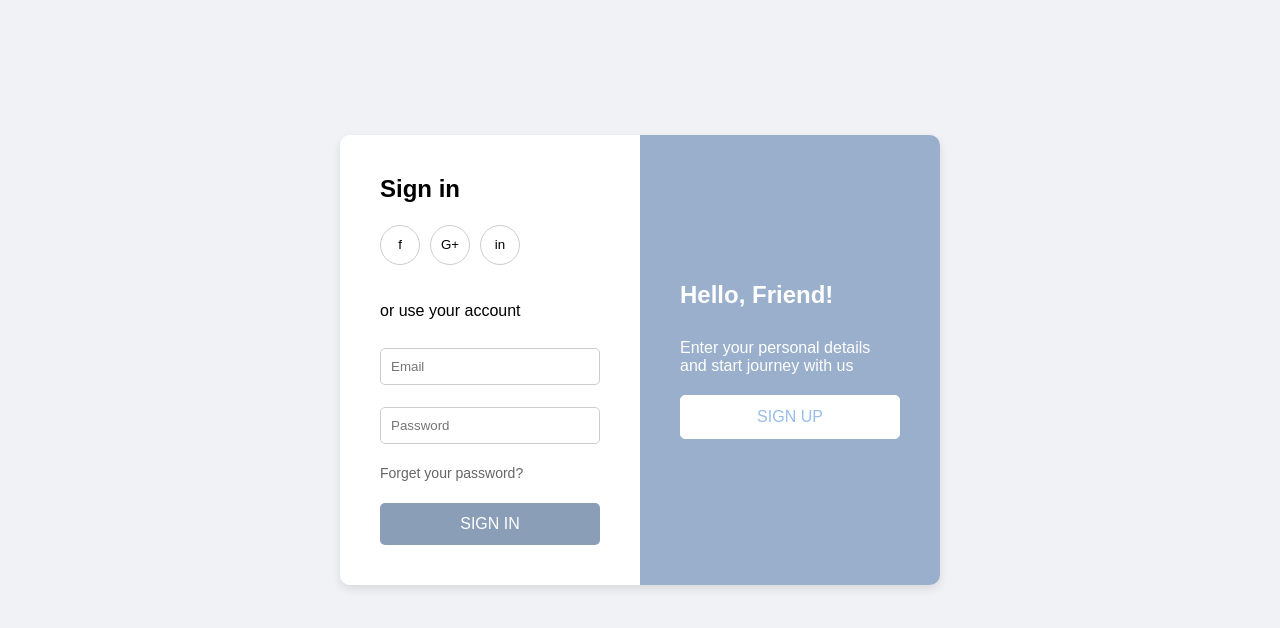
Repository: lavanya787/ml_system
Page: http://localhost/
These files come from the project's save history. The page is drawn as it stood at one moment and after the next save; the edit follows.
The browser window is 1280 px wide. The pictures show the whole page.
The page is served by the project's application, run on Flask 3 (flask_app.py).

Above is the page before, as saved 2025-06-03 16:02:08.

### templates/index.html
<!DOCTYPE html>
<html lang="en">
<head>
    <meta charset="UTF-8">
    <meta name="viewport" content="width=device-width, initial-scale=1.0">
    <title>🤖Chatbot</title>
    <link rel="stylesheet" href="{{ url_for('static', filename='style.css') }}">
</head>
<body>
    <!-- Notification div -->
    <div id="notification" class="notification" style="display: none;">
        <span id="notification-message"></span>
    </div>

    <div class="container" id="login-container">
        <div class="form-section">
            <h2>Sign in</h2>
            <div class="social-buttons">
                <button>f</button>
                <button>G+</button>
                <button>in</button>
            </div>
            <p>or use your account</p>
            <input type="email" id="login-email" placeholder="Email" required>
            <input type="password" id="login-password" placeholder="Password" required>
            <a href="#" class="forgot-password">Forget your password?</a>
            <button class="action-button" onclick="handleLogin()">SIGN IN</button>
        </div>
        <div class="welcome-section" id="signup-section">
            <h2>Hello, Friend!</h2>
            <p>Enter your personal details and start journey with us</p>
            <button class="action-button" onclick="showRegister()">SIGN UP</button>
        </div>
    </div>

    <div class="container" id="register-container" style="display: none;">
        <div class="welcome-section">
            <h2>Welcome Back!</h2>
            <p>To keep connected with us please login with your personal info</p>
            <button class="action-button" onclick="showLogin()">SIGN IN</button>
        </div>
        <div class="form-section">
            <h2>Create Account</h2>
            <div class="social-buttons">
                <button>f</button>
                <button>G+</button>
                <button>in</button>
            </div>
            <p>or use your email for registration</p>
            <input type="text" id="register-username" placeholder="Name" required>
            <input type="email" id="register-email" placeholder="Email" required>
            <input type="password" id="register-password" placeholder="Password" required>
            <button class="action-button" onclick="handleRegister()">SIGN UP</button>
        </div>
    </div>

    <script src="{{ url_for('static', filename='script.js') }}"></script>
</body>
</html>

### flask_app.py
from flask import Flask, request, jsonify, render_template, redirect, url_for
from flask_cors import CORS
from supabase import create_client, Client
import bcrypt
import uuid
from datetime import datetime
import re

app = Flask(__name__)
CORS(app)

# Supabase setup
SUPABASE_URL = "https://uctyxchurvievzvhthru.supabase.co"
SUPABASE_KEY = "eyJhbGciOiJIUzI1NiIsInR5cCI6IkpXVCJ9.eyJpc3MiOiJzdXBhYmFzZSIsInJlZiI6InVjdHl4Y2h1cnZpZXZ6dmh0aHJ1Iiwicm9sZSI6ImFub24iLCJpYXQiOjE3NDU0ODk0MDIsImV4cCI6MjA2MTA2NTQwMn0.YytXX-q4QDO_vY9f1e_P-UWc6v6860kcsbe_bTZVgCI"
supabase: Client = create_client(SUPABASE_URL, SUPABASE_KEY)

# Function to validate UUID
def is_valid_uuid(val):
    uuid_pattern = re.compile(
        r'^[0-9a-fA-F]{8}-[0-9a-fA-F]{4}-[0-9a-fA-F]{4}-[0-9a-fA-F]{4}-[0-9a-fA-F]{12}$'
    )
    return bool(uuid_pattern.match(val))

# Serve the main page
@app.route('/')
def index():
    return render_template('index.html')

@app.route('/api/register', methods=['POST'])
def register():
    data = request.get_json()
    username = data.get('username')
    email = data.get('email')
    password = data.get('password')

    # Check if user already exists
    user = supabase.table('users').select('*').eq('email', email).execute()
    print(f"Checking if user exists with email {email}: {user.data}")  # Debug log
    if user.data:
        return jsonify({'message': 'User already exists'}), 400

    # Hash password
    hashed_password = bcrypt.hashpw(password.encode('utf-8'), bcrypt.gensalt()).decode('utf-8')

    # Generate unique user ID
    user_id = str(uuid.uuid4())
    print(f"Generated user_id for registration: {user_id}")  # Debug log
    if not is_valid_uuid(user_id):
        print(f"ERROR: Generated user_id is not a valid UUID: {user_id}")
        return jsonify({'message': 'Internal server error: Invalid user_id generated'}), 500

    # Store user in Supabase
    registration_time = datetime.utcnow().isoformat()
    new_user = {
        'user_id': user_id,
        'username': username,
        'email': email,
        'password': hashed_password,
        'registration_time': registration_time
    }
    print(f"Storing user in Supabase: {new_user}")  # Debug log
    try:
        supabase.table('users').insert(new_user).execute()
    except Exception as e:
        print(f"Error inserting user into Supabase: {e}")
        return jsonify({'message': 'Error storing user in database'}), 500

    # Redirect to Streamlit app with user_id as a query parameter
    streamlit_url = f"http://localhost:8501/?user_id={user_id}"
    print(f"Redirecting to Streamlit app after registration: {streamlit_url}")  # Debug log
    return jsonify({'message': 'Registration successful', 'redirect': streamlit_url}), 200

@app.route('/api/login', methods=['POST'])
def login():
    data = request.get_json()
    email = data.get('email')
    password = data.get('password')

    # Fetch user from Supabase
    user = supabase.table('users').select('*').eq('email', email).execute()
    print(f"Supabase response for user lookup: {user.data}")  # Debug log
    if not user.data:
        return jsonify({'message': 'User not found'}), 404

    user_data = user.data[0]
    # Verify password
    if not bcrypt.checkpw(password.encode('utf-8'), user_data['password'].encode('utf-8')):
        return jsonify({'message': 'Incorrect password'}), 401

    # Update last login time
    login_time = datetime.utcnow().isoformat()
    try:
        supabase.table('users').update({'last_login': login_time}).eq('email', email).execute()
    except Exception as e:
        print(f"Error updating last login time in Supabase: {e}")
        return jsonify({'message': 'Error updating login time'}), 500

    # Redirect to Streamlit app with user_id as a query parameter
    user_id = user_data['user_id']
    print(f"Retrieved user_id for login: {user_id}")  # Debug log
    if not is_valid_uuid(user_id):
        print(f"ERROR: Retrieved user_id is not a valid UUID: {user_id}")
        return jsonify({'message': 'Internal server error: Invalid user_id retrieved'}), 500

    streamlit_url = f"http://localhost:8501/?user_id={user_id}"
    print(f"Redirecting to Streamlit app after login: {streamlit_url}")  # Debug log
    return jsonify({'message': 'Login successful', 'redirect': streamlit_url}), 200

if __name__ == '__main__':
    app.run(host='0.0.0.0', port=5000, debug=True)

### static/style.css
body {
    font-family: Arial, sans-serif;
    display: flex;
    justify-content: center;
    align-items: center;
    height: 100vh;
    margin: 0;
    background-color: #f0f2f5; /* Subtle gray */
    position: relative;
}

/* Notification styling */
.notification {
    position: fixed;
    top: 20px;
    left: 50%;
    transform: translateX(-50%);
    background: linear-gradient(to right, #8da0b9, #56CCF2); /* Blue gradient */
    color: white;
    padding: 15px 30px;
    border-radius: 10px;
    box-shadow: 0 4px 10px rgba(0, 0, 0, 0.2);
    display: flex;
    align-items: center;
    font-size: 16px;
    z-index: 1000;
}

.notification::before {
    content: "✔";
    margin-right: 10px;
    font-size: 20px;
}

.container {
    display: flex;
    width: 600px;
    height: 450px;
    background: white;
    border-radius: 10px;
    box-shadow: 0 4px 10px rgba(0, 0, 0, 0.1);
    overflow: hidden;
}

.form-section, .welcome-section {
    width: 50%;
    padding: 40px;
    box-sizing: border-box;
}

.form-section {
    background: white;
    display: flex;
    flex-direction: column;
    justify-content: space-between;
}

.welcome-section {
    background: #99afcb; /* Professional Blue */
    color: white;
    display: flex;
    flex-direction: column;
    justify-content: center;
}

h2 {
    margin: 0 0 20px;
    font-size: 24px;
}

.social-buttons {
    display: flex;
    gap: 10px;
    margin-bottom: 20px;
}

.social-buttons button {
    width: 40px;
    height: 40px;
    border-radius: 50%;
    border: 1px solid #ccc;
    background: white;
    cursor: pointer;
}

input {
    width: 100%;
    padding: 10px;
    margin: 10px 0;
    border: 1px solid #ccc;
    border-radius: 5px;
    box-sizing: border-box;
}

.forgot-password {
    display: block;
    margin: 10px 0;
    color: #666;
    text-decoration: none;
    font-size: 14px;
}

.action-button {
    width: 100%;
    padding: 12px;
    border: none;
    border-radius: 5px;
    background: #8b9eb7; /* Button Blue */
    color: white;
    font-size: 16px;
    cursor: pointer;
    margin-top: 10px;
}

.welcome-section button {
    background: white;
    color: #98bcea;
    border: 1px solid #fff;
    padding: 12px;
    font-size: 16px;
    border-radius: 5px;
    cursor: pointer;
    transition: background 0.3s, color 0.3s;
}

.welcome-section button:hover {
    background: #f0f2f5;
    color: #8aa3c4;
}

.welcome-section p {
    margin: 10px 0;
}

### static/script.js
function showRegister() {
    document.getElementById('login-container').style.display = 'none';
    document.getElementById('register-container').style.display = 'flex';
}

function showLogin() {
    document.getElementById('register-container').style.display = 'none';
    document.getElementById('login-container').style.display = 'flex';
}

// Function to show notification
function showNotification(message, callback) {
    const notification = document.getElementById('notification');
    const notificationMessage = document.getElementById('notification-message');
    notificationMessage.textContent = message;
    notification.style.display = 'flex';
    // Hide after 2 seconds and call the callback
    setTimeout(() => {
        notification.style.display = 'none';
        if (callback) callback(); // Execute callback after notification hides
    }, 2000);
}

async function handleRegister() {
    const username = document.getElementById('register-username').value;
    const email = document.getElementById('register-email').value;
    const password = document.getElementById('register-password').value;

    try {
        const response = await fetch('/api/register', {
            method: 'POST',
            headers: { 'Content-Type': 'application/json' },
            body: JSON.stringify({ username, email, password })
        });
        const result = await response.json();

        if (response.ok) {
            console.log('Registration successful, redirect URL:', result.redirect); // Debug log
            showNotification('Welcome! Your registration was successful. Let\'s get started.', () => {
                console.log('Redirecting to:', result.redirect); // Debug log
                window.location.href = result.redirect;  // Redirect to Streamlit app
            });
        } else {
            console.error('Registration failed:', result.message); // Debug log
            showNotification(result.message); // Show error message (e.g., "User already exists")
        }
    } catch (error) {
        console.error('Error during registration:', error); // Debug log
        showNotification('Error during registration');
    }
}

async function handleLogin() {
    const email = document.getElementById('login-email').value;
    const password = document.getElementById('login-password').value;

    try {
        const response = await fetch('/api/login', {
            method: 'POST',
            headers: { 'Content-Type': 'application/json' },
            body: JSON.stringify({ email, password })
        });
        const result = await response.json();

        if (response.ok) {
            console.log('Login successful, redirect URL:', result.redirect); // Debug log
            showNotification('Welcome! You have successfully logged in.', () => {
                console.log('Redirecting to:', result.redirect); // Debug log
                window.location.href = result.redirect;  // Redirect to Streamlit app
            });
        } else {
            console.error('Login failed:', result.message); // Debug log
            showNotification(result.message); // Show error message (e.g., "Incorrect password")
        }
    } catch (error) {
        console.error('Error during login:', error); // Debug log
        showNotification('Error during login');
    }
}

After the next save:
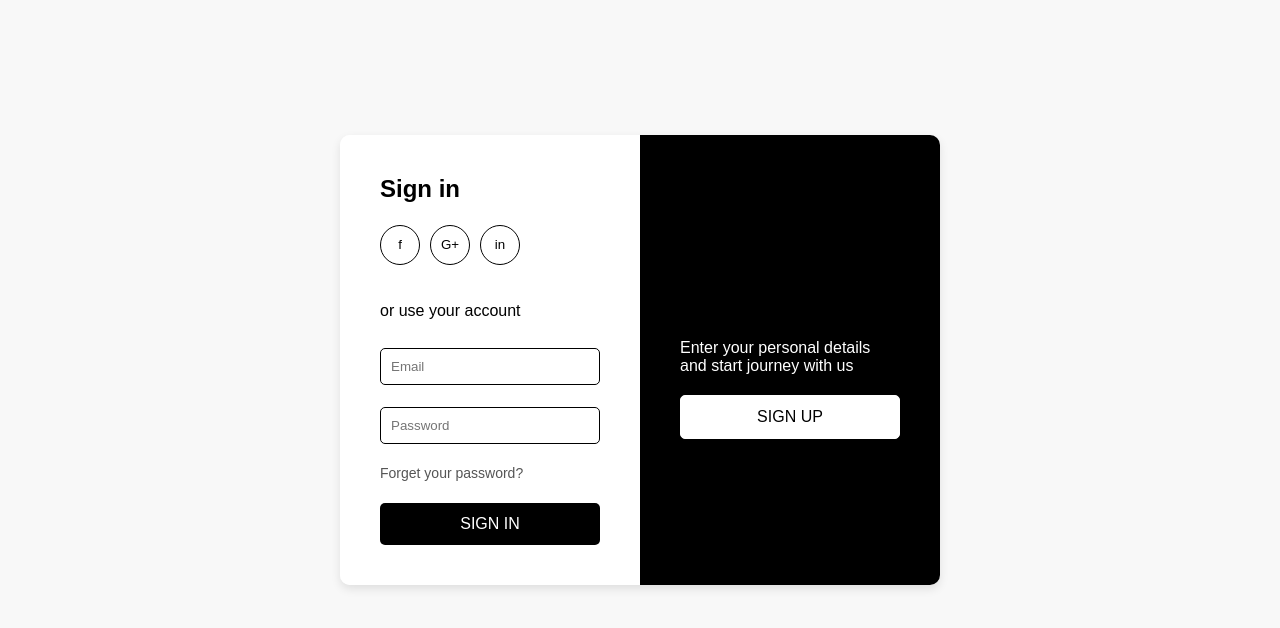
Saved 23 s later.
--- a/static/style.css
+++ b/static/style.css
@@ -5,7 +5,7 @@
     align-items: center;
     height: 100vh;
     margin: 0;
-    background-color: #f0f2f5; /* Subtle gray */
+    background-color: #f8f8f8;
     position: relative;
 }
 
@@ -15,8 +15,8 @@
     top: 20px;
     left: 50%;
     transform: translateX(-50%);
-    background: linear-gradient(to right, #8da0b9, #56CCF2); /* Blue gradient */
-    color: white;
+    background: #000;
+    color: #fff;
     padding: 15px 30px;
     border-radius: 10px;
     box-shadow: 0 4px 10px rgba(0, 0, 0, 0.2);
@@ -36,7 +36,7 @@
     display: flex;
     width: 600px;
     height: 450px;
-    background: white;
+    background: #fff;
     border-radius: 10px;
     box-shadow: 0 4px 10px rgba(0, 0, 0, 0.1);
     overflow: hidden;
@@ -49,15 +49,15 @@
 }
 
 .form-section {
-    background: white;
+    background: #fff;
     display: flex;
     flex-direction: column;
     justify-content: space-between;
 }
 
 .welcome-section {
-    background: #99afcb; /* Professional Blue */
-    color: white;
+    background: #000;
+    color: #fff;
     display: flex;
     flex-direction: column;
     justify-content: center;
@@ -66,6 +66,7 @@
 h2 {
     margin: 0 0 20px;
     font-size: 24px;
+    color: #000;
 }
 
 .social-buttons {
@@ -78,24 +79,33 @@
     width: 40px;
     height: 40px;
     border-radius: 50%;
-    border: 1px solid #ccc;
-    background: white;
+    border: 1px solid #000;
+    background: #fff;
+    color: #000;
     cursor: pointer;
+    transition: background 0.3s;
+}
+
+.social-buttons button:hover {
+    background: #000;
+    color: #fff;
 }
 
 input {
     width: 100%;
     padding: 10px;
     margin: 10px 0;
-    border: 1px solid #ccc;
+    border: 1px solid #000;
     border-radius: 5px;
     box-sizing: border-box;
+    color: #000;
+    background: #fff;
 }
 
 .forgot-password {
     display: block;
     margin: 10px 0;
-    color: #666;
+    color: #555;
     text-decoration: none;
     font-size: 14px;
 }
@@ -105,16 +115,21 @@
     padding: 12px;
     border: none;
     border-radius: 5px;
-    background: #8b9eb7; /* Button Blue */
-    color: white;
+    background: #000;
+    color: #fff;
     font-size: 16px;
     cursor: pointer;
     margin-top: 10px;
+    transition: background 0.3s;
+}
+
+.action-button:hover {
+    background: #333;
 }
 
 .welcome-section button {
-    background: white;
-    color: #98bcea;
+    background: #fff;
+    color: #000;
     border: 1px solid #fff;
     padding: 12px;
     font-size: 16px;
@@ -124,8 +139,8 @@
 }
 
 .welcome-section button:hover {
-    background: #f0f2f5;
-    color: #8aa3c4;
+    background: #f8f8f8;
+    color: #000;
 }
 
 .welcome-section p {

After the save that followed:
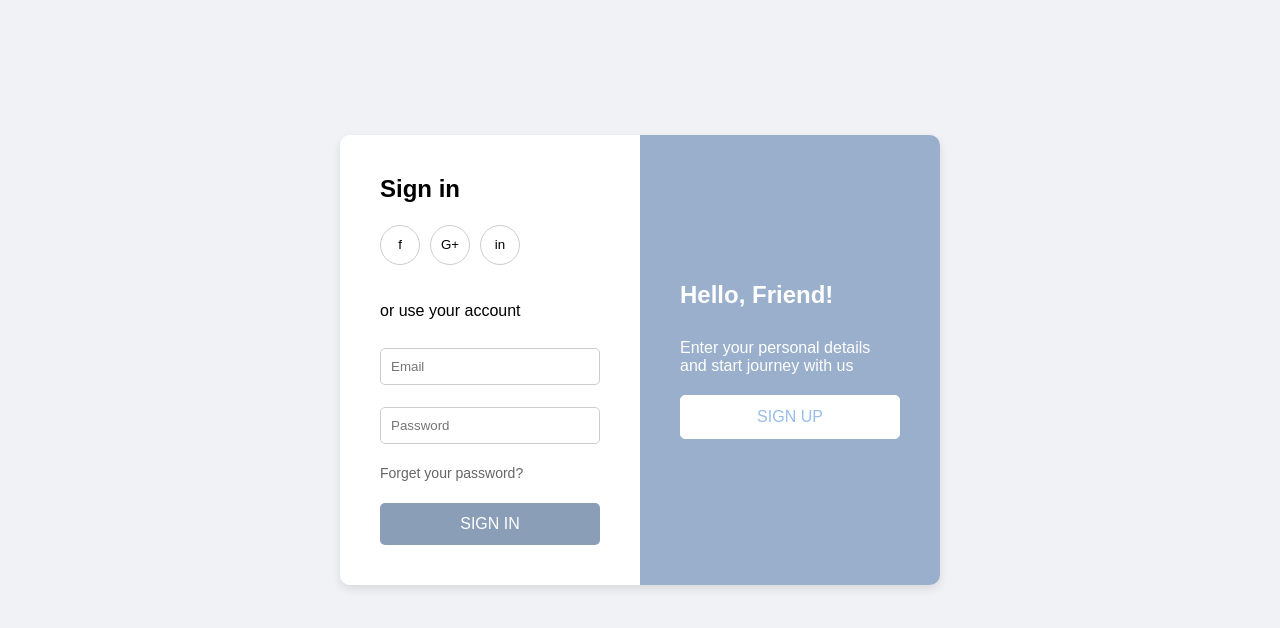
Saved 16 s later.
--- a/static/style.css
+++ b/static/style.css
@@ -5,7 +5,7 @@
     align-items: center;
     height: 100vh;
     margin: 0;
-    background-color: #f8f8f8;
+    background-color: #f0f2f5; /* Subtle gray */
     position: relative;
 }
 
@@ -15,8 +15,8 @@
     top: 20px;
     left: 50%;
     transform: translateX(-50%);
-    background: #000;
-    color: #fff;
+    background: linear-gradient(to right, #8da0b9, #56CCF2); /* Blue gradient */
+    color: white;
     padding: 15px 30px;
     border-radius: 10px;
     box-shadow: 0 4px 10px rgba(0, 0, 0, 0.2);
@@ -36,7 +36,7 @@
     display: flex;
     width: 600px;
     height: 450px;
-    background: #fff;
+    background: white;
     border-radius: 10px;
     box-shadow: 0 4px 10px rgba(0, 0, 0, 0.1);
     overflow: hidden;
@@ -49,15 +49,15 @@
 }
 
 .form-section {
-    background: #fff;
+    background: white;
     display: flex;
     flex-direction: column;
     justify-content: space-between;
 }
 
 .welcome-section {
-    background: #000;
-    color: #fff;
+    background: #99afcb; /* Professional Blue */
+    color: white;
     display: flex;
     flex-direction: column;
     justify-content: center;
@@ -66,7 +66,6 @@
 h2 {
     margin: 0 0 20px;
     font-size: 24px;
-    color: #000;
 }
 
 .social-buttons {
@@ -79,33 +78,24 @@
     width: 40px;
     height: 40px;
     border-radius: 50%;
-    border: 1px solid #000;
-    background: #fff;
-    color: #000;
+    border: 1px solid #ccc;
+    background: white;
     cursor: pointer;
-    transition: background 0.3s;
-}
-
-.social-buttons button:hover {
-    background: #000;
-    color: #fff;
 }
 
 input {
     width: 100%;
     padding: 10px;
     margin: 10px 0;
-    border: 1px solid #000;
+    border: 1px solid #ccc;
     border-radius: 5px;
     box-sizing: border-box;
-    color: #000;
-    background: #fff;
 }
 
 .forgot-password {
     display: block;
     margin: 10px 0;
-    color: #555;
+    color: #666;
     text-decoration: none;
     font-size: 14px;
 }
@@ -115,21 +105,16 @@
     padding: 12px;
     border: none;
     border-radius: 5px;
-    background: #000;
-    color: #fff;
+    background: #8b9eb7; /* Button Blue */
+    color: white;
     font-size: 16px;
     cursor: pointer;
     margin-top: 10px;
-    transition: background 0.3s;
-}
-
-.action-button:hover {
-    background: #333;
 }
 
 .welcome-section button {
-    background: #fff;
-    color: #000;
+    background: white;
+    color: #98bcea;
     border: 1px solid #fff;
     padding: 12px;
     font-size: 16px;
@@ -139,8 +124,8 @@
 }
 
 .welcome-section button:hover {
-    background: #f8f8f8;
-    color: #000;
+    background: #f0f2f5;
+    color: #8aa3c4;
 }
 
 .welcome-section p {
